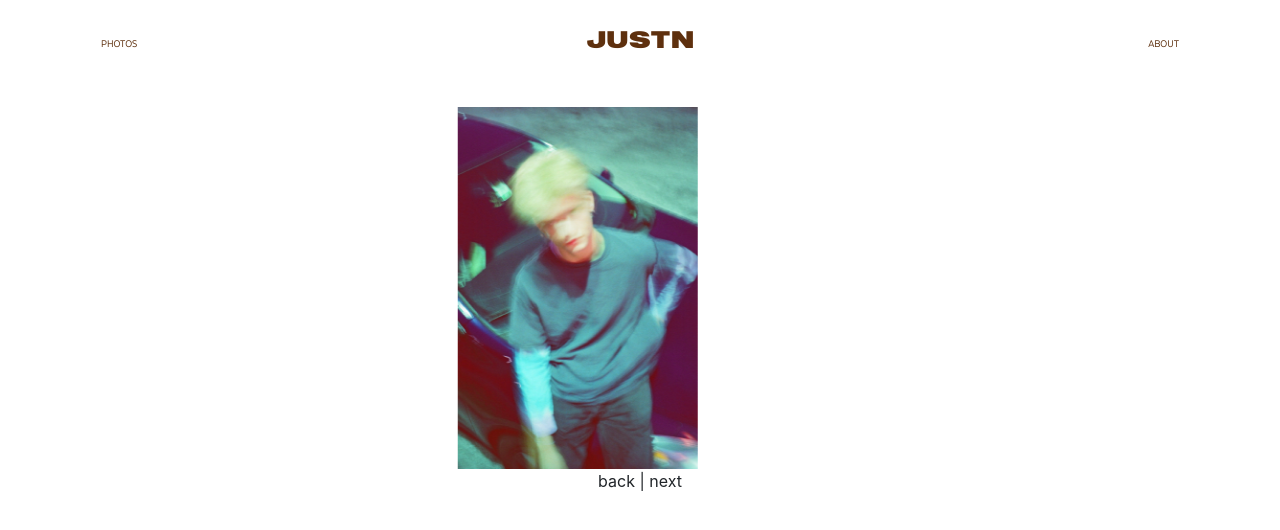
Repository: AviMKabir/justn_2020
Page: index.html
The author's editor kept a copy of each file at every save. The page is drawn from the files as they stood at one save, then again after the next save.
The browser window is 1280 px wide. The pictures show the whole page.

Above is the page before, as saved 2020-11-23 00:41:37.

### index.html
<!DOCTYPE html>
<html lang="en">

<head>
    <meta charset="UTF-8">
    <meta name="viewport" content="width=device-width, initial-scale=1.0">
    <link rel="stylesheet" href="https://cdn.jsdelivr.net/npm/bootstrap@4.5.3/dist/css/bootstrap.min.css"
        integrity="sha384-TX8t27EcRE3e/ihU7zmQxVncDAy5uIKz4rEkgIXeMed4M0jlfIDPvg6uqKI2xXr2" crossorigin="anonymous">
    <link rel="stylesheet" href="./CSS/style.css">
    <title>JUSTN</title>
</head>



<body>

    <div class="container">

        <nav class="navbar navbar-expand-md navbar-light hide-for-mobile">
            <div class="navbar-collapse collapse w-100 order-1 order-md-0 dual-collapse2">
                <ul class="navbar-nav mr-auto">
                    <li class="nav-item">
                        <a class="nav-link-new" href="#" role="button" id="dropdownMenuLink" data-toggle="dropdown"
                            aria-haspopup="true" aria-expanded="false">
                            PHOTOS
                        </a>

                        <div class="dropdown-menu" aria-labelledby="dropdownMenuLink">
                            <a class="dropdown-item" href="#">- NEW YORK</a>
                            <a class="dropdown-item" href="#">- CALIFORNIA</a>
                            <a class="dropdown-item" href="#">- FLORIDA</a>
                        </div>
                    </li>

                </ul>
            </div>
            <div class="mx-auto order-0 nav-pad">
                <a class="navbar-brand-new mx-auto" href="#">JUSTN</a>
                <button class="navbar-toggler" type="button" data-toggle="collapse" data-target=".dual-collapse2">
                    <span class="navbar-toggler-icon"></span>
                </button>
            </div>
            <div class="navbar-collapse collapse w-100 order-3 dual-collapse2">
                <ul class="navbar-nav ml-auto">
                    <li class="nav-item">
                        <a class="nav-link-new" href="#">ABOUT</a>
                    </li>

                </ul>
            </div>
        </nav>

    </div>


    <!-- mobile nav -->
    <nav class="navbar navbar-expand-md navbar-light show-for-mobile">
        <a class="navbar-brand-new " href="#">JUSTN</a>
        <button class="navbar-toggler" type="button" data-toggle="collapse" data-target="#navbarNavDropdown"
            aria-controls="navbarNavDropdown" aria-expanded="false" aria-label="Toggle navigation">
            <span class="navbar-toggler-icon"></span>
        </button>
        <div class="collapse navbar-collapse center-page" id="navbarNavDropdown">
            <ul class="navbar-nav">


                <li class="nav-item dropdown mx-auto ">
                    <a class="nav-link-new-active" href="#" role="button" id="dropdownMenuLink" data-toggle="dropdown"
                        aria-haspopup="true" aria-expanded="false">
                        PHOTOS
                    </a>
                    <!-- <div class="dropdown-menu mx-auto" aria-labelledby="dropdownMenuLink">
                        <a class="dropdown-item mx-auto" href="#">- NEW YORK</a>
                        <a class="dropdown-item mx-auto" href="#">- CALIFORNIA</a>
                        <a class="dropdown-item mx-auto" href="#">- FLORIDA</a>
                    </div> -->
                </li>
                <li class="nav-item mx-auto">
                    <a class="nav-link-new" href="#">- NEW YORK</a>
                </li>
                <li class="nav-item mx-auto">
                    <a class="nav-link-new" href="#">- CALIFORNIA</a>
                </li>
                <li class="nav-item mx-auto">
                    <a class="nav-link-new" href="#">- FLORIDA</a>
                </li>
                <li class="nav-item mx-auto">
                    <a class="nav-link-new" href="#">ABOUT</a>
                </li>
            </ul>
        </div>
    </nav>
    <!-- mobile nav -->

    <!-- slideshow -->

    <div class="container">
    <div id="carouselExampleControls" class="carousel slide slideshow-bump" data-ride="carousel">
        <div class="carousel-inner">
            <div class="carousel-item active">
                <img class="d-block " src="./img/slide-test-1.png" alt="First slide">
            </div>
            <div class="carousel-item">
                <img class="d-block " src="./img/slide-test-1.png" alt="Second slide">
            </div>
            <div class="carousel-item">
                <img class="d-block " src="./img/slide-test-1.png" alt="Third slide">
            </div>
        </div>
        <a class="carousel-control-prev" href="#carouselExampleControls" role="button" data-slide="prev">
            <span class="carousel-control-prev-icon" aria-hidden="true"></span>
            <span class="sr-only">Previous</span>
        </a>
        <a class="carousel-control-next" href="#carouselExampleControls" role="button" data-slide="next">
            <span class="carousel-control-next-icon" aria-hidden="true"></span>
            <span class="sr-only">Next</span>
        </a>
    </div>

<div class="controls text-center">
<span class="" href="#carouselExampleControls" role="button" data-slide="prev">
    back
</span>
<span>
    |
</span>
<span class="" href="#carouselExampleControls" role="button" data-slide="next">
    next
</span>
</div>




    </div>




    <script src="https://code.jquery.com/jquery-3.5.1.slim.min.js"
        integrity="sha384-DfXdz2htPH0lsSSs5nCTpuj/zy4C+OGpamoFVy38MVBnE+IbbVYUew+OrCXaRkfj"
        crossorigin="anonymous"></script>
    <script src="https://cdn.jsdelivr.net/npm/bootstrap@4.5.3/dist/js/bootstrap.bundle.min.js"
        integrity="sha384-ho+j7jyWK8fNQe+A12Hb8AhRq26LrZ/JpcUGGOn+Y7RsweNrtN/tE3MoK7ZeZDyx"
        crossorigin="anonymous"></script>
        <script src="./JS/app.js"></script>

</body>



</html>

### CSS/style.css
@font-face {
    font-family: annonce;
    src: url(../fonts/annonce_w01_regular-webfont.woff);
}

@font-face {
    font-family: textanArrow;
    src: url(../fonts/textanarrow-regular-webfont.woff);
}

@font-face {
    font-family: textanArrowIt;
    src: url(../fonts/textanarrow-it-webfont.woff);
}

a {
    -o-transition: .5s;
    -ms-transition: .5s;
    -moz-transition: .5s;
    -webkit-transition: .5s;
    /* ...and now for the proper property */
    transition: .5s;
}

a:hover {
    color: #014421;
    text-decoration: none;
}

img {
    margin: 0 auto;
}

.navbar-brand-new {
    font-family: 'annonce', Arial, Helvetica, sans-serif;
    font-size: 1.5rem;
    color: #5E300E;
}

.nav-link-new {
    font-family: 'textanArrow', Arial, Helvetica, sans-serif;
    font-size: .7rem;
    color: #5E300E;
}

.nav-link-new-2 {
    font-family: 'textanArrow', Arial, Helvetica, sans-serif;
    font-size: 1rem;
    color: #5E300E;
}

.dropdown-menu {
    position: absolute;
    top: 100%;
    left: 0;
    z-index: 1000;
    display: none;
    float: left;
    min-width: 10rem;
    padding: .5rem 0;
    margin: .125rem 0 0;
    font-size: 1rem;
    color: #212529;
    text-align: left;
    list-style: none;
    background-color: #fff;
    background-clip: padding-box;
    border: none !important;
    border-radius: .25rem;
}

.dropdown-menu.show {
    display: block;
    margin-top: -30px;
}

.dropdown-item {
    font-family: 'textanArrowIt', Arial, Helvetica, sans-serif;
    font-size: .7rem;
    color: #5E300E;
}

.dropdown-item:focus, .dropdown-item:hover {
    color: #014421 !important;
    background: none !important;
}

.nav-pad {
    padding: 15px 0;
}

.center-page {
    margin-top: 30%;
}

.navbar-light .navbar-toggler {
    color: #5E300E !important;
    border: none !important;
}

.slideshow-bump {
    margin-top: 25px;
}

@media (min-width: 576px) {}

@media (max-width: 768px) {
    /* hides the desktop nav */
    .hide-for-mobile {
        display: none;
    }
    .dropdown-item {
        font-family: 'textanArrowIt', Arial, Helvetica, sans-serif;
        font-size: 1rem;
        color: #5E300E;
    }
    .dropdown-menu.show {
        display: block;
        margin-top: -10px;
    }
    .nav-link-new {
        font-family: 'textanArrow', Arial, Helvetica, sans-serif;
        font-size: 1rem;
        color: #5E300E;
    }
    .nav-link-new-active {
        font-family: 'textanArrow', Arial, Helvetica, sans-serif;
        font-size: 1rem;
        color: #014421;
    }
}

@media (min-width: 768px) {
    /* hides the desktop nav */
    .show-for-mobile {
        display: none;
    }
}

@media (min-width: 992px) {}

@media (min-width: 1200px) {}

Loaded but not shown: JS/app.js (no stored copy; drawn as an empty file)

After the next save:
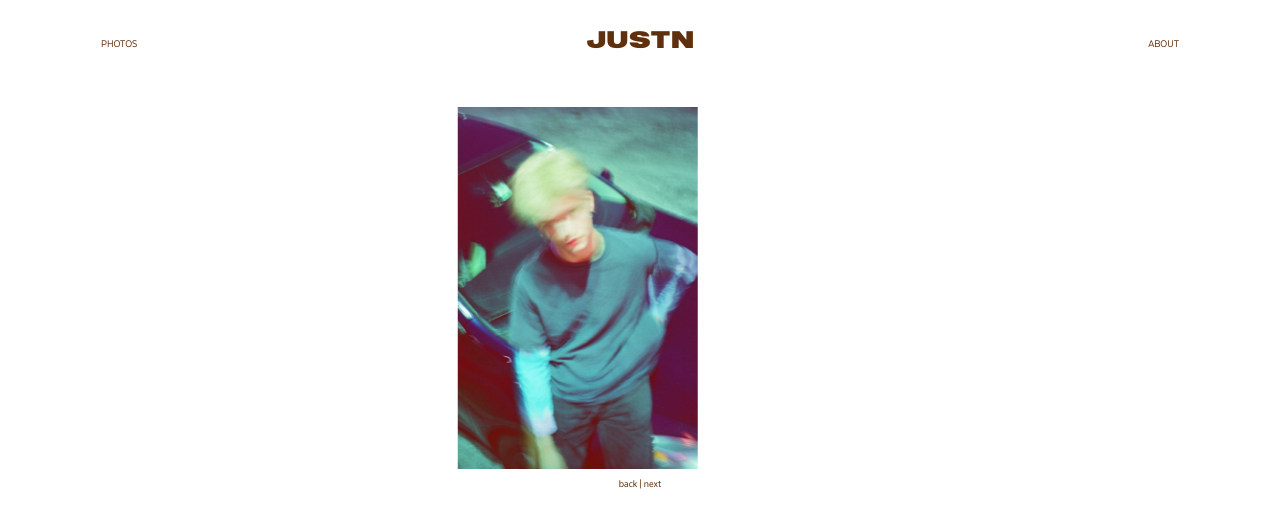
Saved 107 s later.
--- a/index.html
+++ b/index.html
@@ -118,13 +118,13 @@
     </div>
 
 <div class="controls text-center">
-<span class="" href="#carouselExampleControls" role="button" data-slide="prev">
+<span class="nav-link-new" href="#carouselExampleControls" role="button" data-slide="prev">
     back
 </span>
-<span>
+<span class="nav-link-new">
     |
 </span>
-<span class="" href="#carouselExampleControls" role="button" data-slide="next">
+<span class="nav-link-new" href="#carouselExampleControls" role="button" data-slide="next">
     next
 </span>
 </div>

After the save that followed:
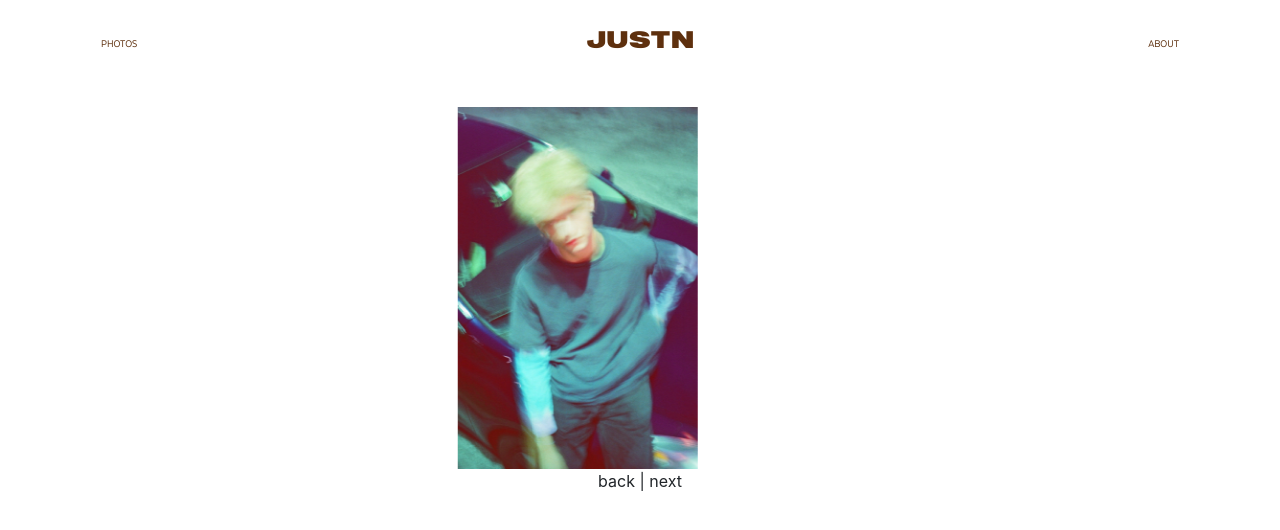
Saved 15 s later.
--- a/index.html
+++ b/index.html
@@ -118,13 +118,13 @@
     </div>
 
 <div class="controls text-center">
-<span class="nav-link-new" href="#carouselExampleControls" role="button" data-slide="prev">
+<span class="controls" href="#carouselExampleControls" role="button" data-slide="prev">
     back
 </span>
-<span class="nav-link-new">
+<span class="controls">
     |
 </span>
-<span class="nav-link-new" href="#carouselExampleControls" role="button" data-slide="next">
+<span class="controls" href="#carouselExampleControls" role="button" data-slide="next">
     next
 </span>
 </div>
